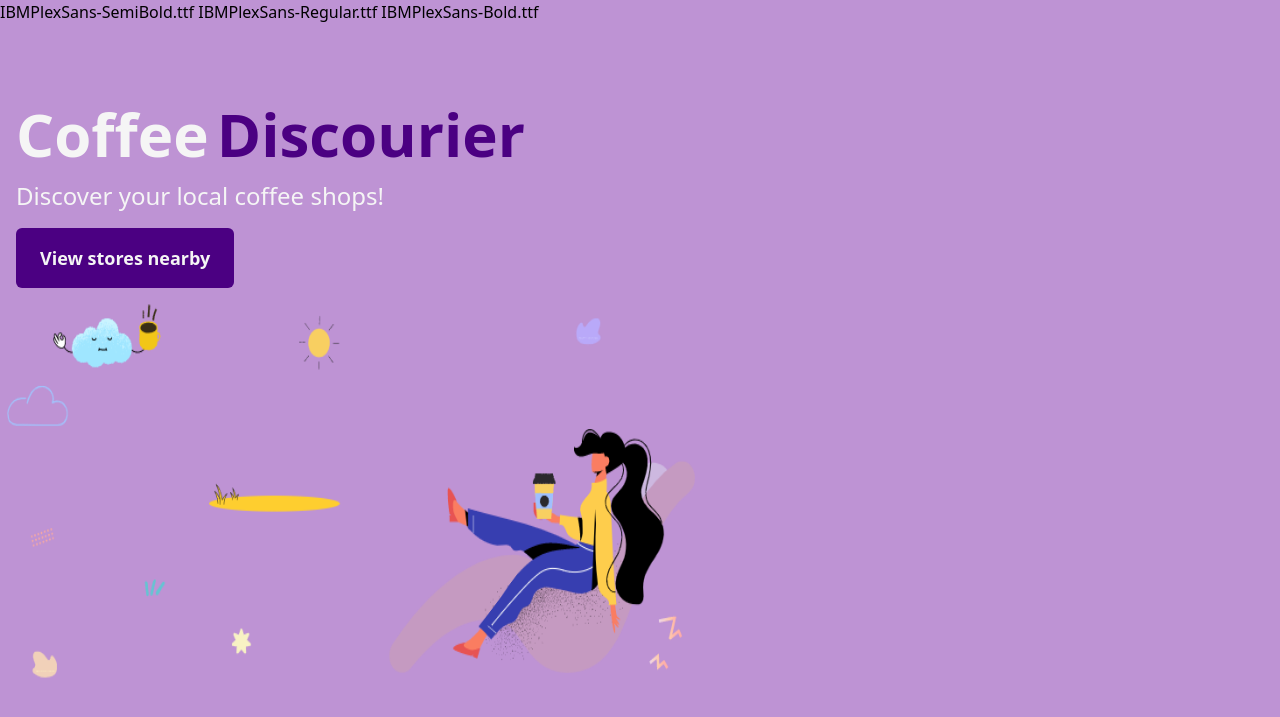
Repository: Tomiogunsan/Coffee-Discourier
Page: /
These files come from the project's save history. The page is drawn as it stood at one moment and after a run of saves; the edit follows.
The browser window is 1280 px wide. The pictures show the whole page.
The project was rebuilt for these pictures with package versions that can differ from the ones it lists, and the page was loaded fresh each time. The framework's server and built-in components were replaced by stand-ins that run in the browser. Also part of the build but not shown: next.config.js.

Above is the page before, as saved 2023-02-15 19:06:34.

### pages/_document.js
import { Html, Head, Main, NextScript } from 'next/document'

export default function Document() {
  return (
    <Html lang="en">
      <Head>
        IBMPlexSans-SemiBold.ttf
IBMPlexSans-Regular.ttf
IBMPlexSans-Bold.ttf
      </Head>
      <body>
        <Main />
        <NextScript />
      </body>
    </Html>
  )
}

### pages/index.js
import Head from 'next/head'
import Image from 'next/image'
import { Inter } from '@next/font/google'

import Banner from '../components/banner'

const inter = Inter({ subsets: ['latin'] })

export default function Home() {
  function handleOnBannerBtn() {
    console.log("hi");
  }
  return (
    <>
      <Head>
        <title>Coffee Discourier</title>
        <meta name="description" content="Generated by create next app" />
        <meta name="viewport" content="width=device-width, initial-scale=1" />
        <link rel="icon" href="/favicon.ico" />
      </Head>
      <main>

    <Banner  buttonText='View stores nearby'
    handleOnClick={handleOnBannerBtn}/>
    <Image
    src="/static/hero-image.png"
    width={700}
    height={400}
    className="absolute top-[62px] md:top-10 z-1 md:right-[20%]"
    />






      </main>
    </>
  )
}

### styles/globals.css

body {
  color: rgb(var(--foreground-rgb));
  background: #be93d4;

  background-position: 50%;
  background-repeat: no-repeat;
  background-size: cover;

  height: 100%;
}

*{
  box-sizing:border-box;
}
@tailwind base;
@tailwind components;
@tailwind utilities;

### components/banner.js
import React from 'react'

export default function banner(props) {
  return (
    <div className='max-w-7xl mx-auto pt-[80px] pl-4'>
      <h1 >
        <span className='text-[#f5f5f5]  text-[45px] md:text-6xl capitalize font-extrabold'> Coffee</span>
        <span className='text-[#4B0082] block md:inline-block capitalize text-[45px] md:text-6xl font-bold md:ml-2 '>Discourier</span>
      </h1>
      <p className='text-[#f5f5f5] text-xl md:text-2xl py-2 md:py-4'>Discover your local coffee shops!</p>
      <button className='font-bold  bg-[#4B0082] text-[#f5f5f5] text-lg px-6 py-4 rounded-md' onClick={props.handleOnClick}>{props.buttonText}</button>
    </div>
  )
}

### tailwind.config.js
/** @type {import('tailwindcss').Config} */
module.exports = {
  content: [ "./app/**/*.{js,ts,jsx,tsx}",
  "./pages/**/*.{js,ts,jsx,tsx}",
  "./components/**/*.{js,ts,jsx,tsx}"],
  theme: {
    extend: {},
  },
  plugins: [],
}

Loaded but not shown: pages/_app.js (common file)

After the next 9 saves:
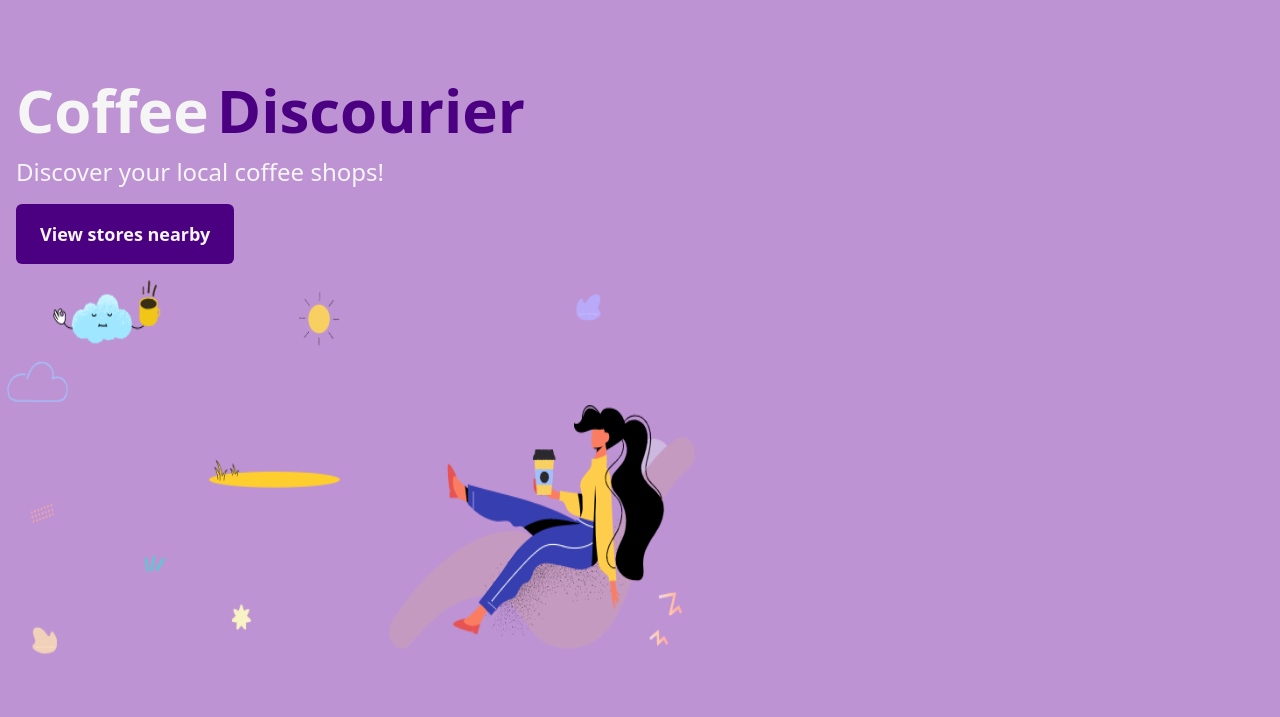
The 9 saves are shown as one change because 5 did not build or start and some came seconds apart.
The last was saved 4 min 20 s later.
--- a/pages/_document.js
+++ b/pages/_document.js
@@ -4,9 +4,9 @@
   return (
     <Html lang="en">
       <Head>
-        IBMPlexSans-SemiBold.ttf
-IBMPlexSans-Regular.ttf
-IBMPlexSans-Bold.ttf
+      <link rel="preload" href="https://fonts.googleapis.com/css2?family=IBM+Plex+Sans:wght@300;400;500;600;700&family=Lato:wght@100;300;400;700;900&family=Montserrat:wght@300;400;500;600;
+      700;800&family=Nunito:wght@500;700;800;900;1000&display=swap"
+      rel="stylesheet"/>
       </Head>
       <body>
         <Main />
